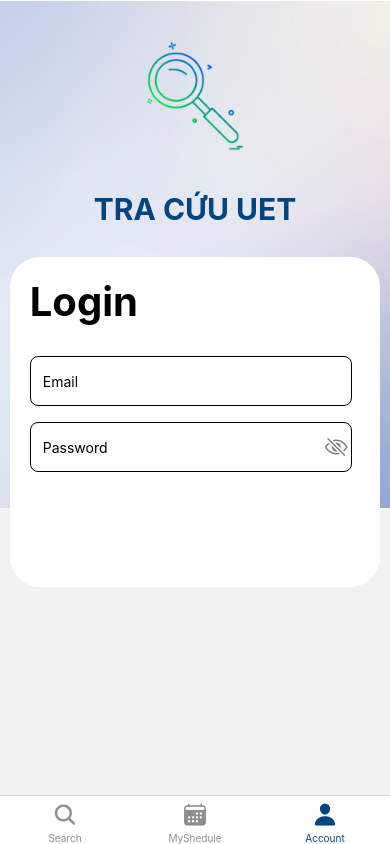
Repository: nguyenkhackien/Student-Progress-Tracker-
Screen: /Account (app in MyApp/)
The author's editor kept a copy of each file at every save. The screen is drawn from the files as they stood at one save, then again after the next save.
The app was drawn by React Native's web renderer in a window 390 px wide. The project was rebuilt for these pictures with package versions that can differ from the ones it lists, and the page was loaded fresh each time. Also part of the build but not shown: MyApp/src/components/MyScheduleScreen.js.

Above is the screen before, as saved 2024-07-21 22:01:59.

### MyApp/App.js
import { createBottomTabNavigator } from "@react-navigation/bottom-tabs"
import { StatusBar } from "react-native"
import { Platform, SafeAreaView, StyleSheet, Text, View } from "react-native"
import AccountScreen from "./src/components/AccountScreen"
import MyScheduleScreen from "./src/components/MyScheduleScreen"
import SearchScreen from "./src/components/SearchSreen"
import { NavigationContainer } from "@react-navigation/native"
import { primaryColor } from "./src/Constants/Color"
import { Ionicons } from "@expo/vector-icons"

const Tab = createBottomTabNavigator()
const screenOptions = {
    headerShown: false,
    tabBarActiveTintColor: primaryColor,
}
export default function App() {
    return (
        <SafeAreaView style={styles.root}>
            <NavigationContainer>
                <Tab.Navigator screenOptions={screenOptions}>
                    <Tab.Screen
                        name="Search"
                        component={SearchScreen}
                        options={{
                            tabBarIcon: ({ focus, color, size }) => {
                                return (
                                    <Ionicons
                                        name={"search"}
                                        size={size}
                                        color={color}
                                    />
                                )
                            },
                        }}
                    />
                    <Tab.Screen
                        name="MyShedule"
                        component={MyScheduleScreen}
                        options={{
                            tabBarIcon: ({ focus, color, size }) => {
                                return (
                                    <Ionicons
                                        name={"calendar"}
                                        size={size}
                                        color={color}
                                    />
                                )
                            },
                        }}
                    />
                    <Tab.Screen
                        name="Account"
                        component={AccountScreen}
                        options={{
                            tabBarIcon: ({ focus, color, size }) => {
                                return (
                                    <Ionicons
                                        name={"person"}
                                        size={size}
                                        color={color}
                                    />
                                )
                            },
                        }}
                    />
                </Tab.Navigator>
            </NavigationContainer>
        </SafeAreaView>
    )
}
const styles = StyleSheet.create({
    root: {
        flex: 1,
        paddingTop: Platform.OS === "android" ? StatusBar.currentHeight : 1,
    },

})

### MyApp/src/components/AccountScreen.js
import { StyleSheet, Text, View } from "react-native"
import LoginScreen from "./LoginScreen"
export default function AccountScreen() {
    return (
        <LoginScreen/>
    )
}
const style = StyleSheet.create({

})

### MyApp/src/components/SearchSreen.js
import { StyleSheet, Text, View } from "react-native"

export default function SearchScreen() {
    return (
        <View>
            <Text> Search screen</Text>
        </View>
    )
}

### MyApp/src/Constants/Color.js
export const primaryColor = "#004580"

### MyApp/src/components/LoginScreen.js
import React, { useState } from "react"
import {
    View,
    Text,
    Image,
    TextInput,
    TouchableOpacity,
    ImageBackground,
} from "react-native"
import { Ionicons } from "@expo/vector-icons"
import { primaryColor } from "../Constants/Color"

const LoginScreen = () => {
    const [Email, setEmail] = useState("")
    const [password, setPassword] = useState("")
    const [passwordVisible, setPasswordVisible] = useState(false)

    const togglePasswordVisibility = () => {
        setPasswordVisible(!passwordVisible)
    }

    return (
        <View>
            <ImageBackground
                source={require("../../assets/bgc.png")}
                style={{ width: "100%", height: "100%" }}
            >
                <View style={styles.container}>
                    <Image
                        source={require("../../assets/logo.png")}
                        style={styles.logoIcon}
                    />
                    <Text style={styles.title}>TRA CỨU UET</Text>
                    <View style={styles.loginContainer}>
                        <Text style={styles.title}>
                            <Text style={{fontSize:40,color:'black'}}>Login</Text>
                        </Text>
                        <View style={styles.inputContainer}>
                            <TextInput
                                style={styles.input}
                                onChangeText={setEmail}
                                value={Email}
                                placeholder="Email"
                            />
                        </View>
                        <View style={styles.inputContainer}>
                            <TextInput
                                style={styles.input}
                                onChangeText={setPassword}
                                value={password}
                                placeholder="Password"
                                secureTextEntry={!passwordVisible}
                            />
                            <TouchableOpacity
                                onPress={togglePasswordVisibility}
                                style={styles.eyeIcon}
                            >
                                <Ionicons
                                    name={
                                        passwordVisible
                                            ? "eye-outline"
                                            : "eye-off-outline"
                                    }
                                    size={24}
                                    color="grey"
                                />
                            </TouchableOpacity>
                        </View>
                    </View>
                </View>
            </ImageBackground>
        </View>
    )
}

const styles = {
    container: {
        flex: 1,
        alignItems:'center',
    },
    title: {
        fontSize: 30,
        fontWeight: "bold",
        marginBottom: 30,
        color:primaryColor,
    },
    logoIcon: {
        width: 150,
        height: 150,
        marginVertical:20,
    },
    loginContainer: {
        width: '95%',
        height: '65%',
        padding: 20,
        backgroundColor: 'white',
        borderRadius:30,
    },
    inputContainer: {
        flexDirection: "row",
        alignItems: "center",
        marginBottom: 16,
    },
    input: {
        flex: 1,
        height: 50,
        borderWidth: 1,
        borderRadius: 8,
        paddingHorizontal: 12,
        marginRight: 8,
    },
    phoneIcon: {
        position: "absolute",
        right: 12,
    },
    eyeIcon: {
        position: "absolute",
        right: 12,
    },
}

export default LoginScreen

After the next save:
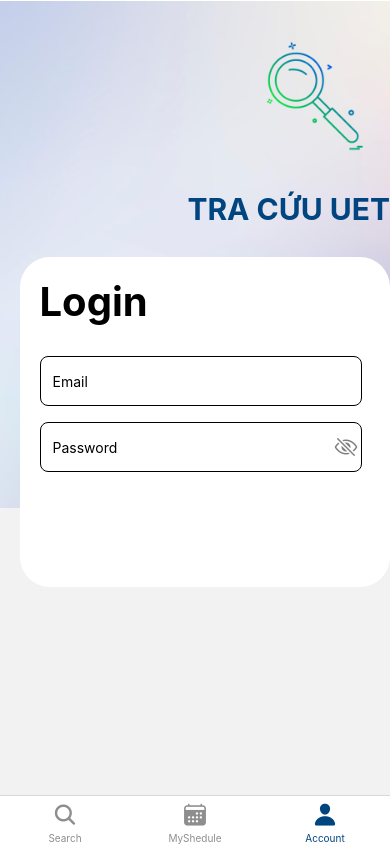
Saved 21 s later.
--- a/MyApp/src/components/LoginScreen.js
+++ b/MyApp/src/components/LoginScreen.js
@@ -76,7 +76,7 @@
 const styles = {
     container: {
         flex: 1,
-        alignItems:'center',
+        alignItems:'end',
     },
     title: {
         fontSize: 30,

After the save that followed:
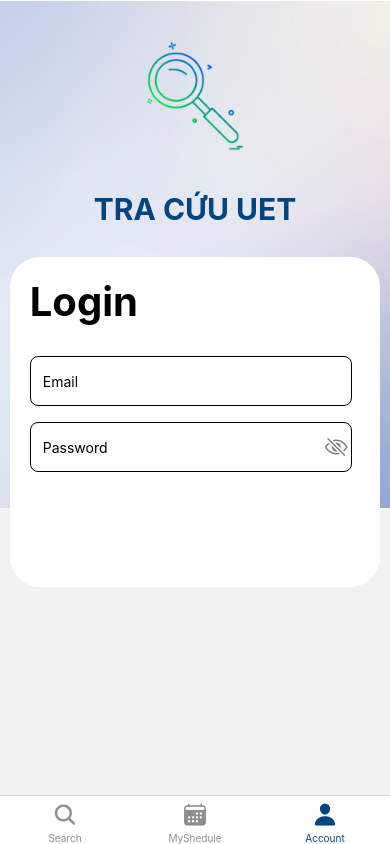
Saved 7 s later.
--- a/MyApp/src/components/LoginScreen.js
+++ b/MyApp/src/components/LoginScreen.js
@@ -76,7 +76,7 @@
 const styles = {
     container: {
         flex: 1,
-        alignItems:'end',
+        alignItems:'center',
     },
     title: {
         fontSize: 30,
